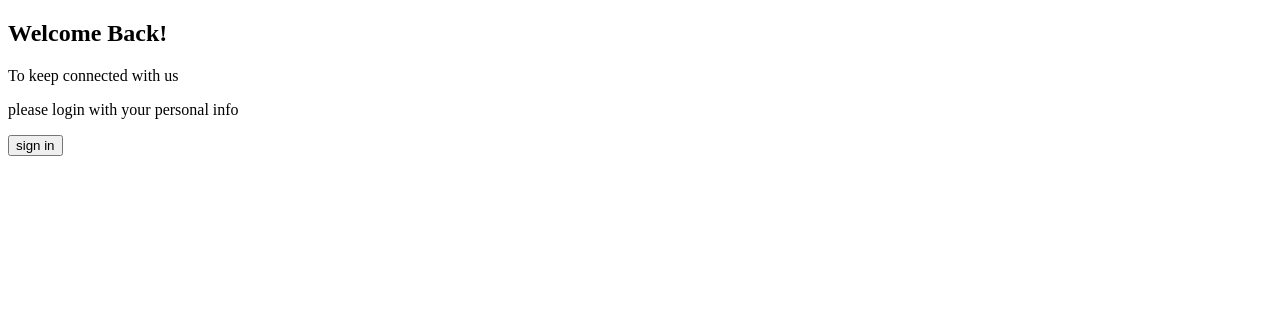
Repository: Gcodeco/ii9Telecom
Page: dist/public/login.html
The author's editor kept a copy of each file at every save. The page is drawn from the files as they stood at one save, then again after the next save.
The browser window is 1280 px wide. The pictures show the whole page.

Above is the page before, as saved 2024-10-29 18:34:45.

### dist/public/login.html
<!DOCTYPE html>
<html lang="en">
<head>
    <meta charset="UTF-8">
    <meta name="viewport" content="width=device-width, initial-scale=1.0">
    <title>Document</title>
</head>
<body>
    <div class="container-login">
        <div class="content first content">
            <div class="first column">
                <h2 class="title">Welcome Back!</h2>
                <p class="description">To keep connected with us</p>
                <p class="description">please login with your personal info</p>
                <button class="btn">sign in</button>
            </div>
            <div class="second column"></div>
        </div>
        <div class="content second content"></div>
    </div>
</body>
</html>

After the next save:
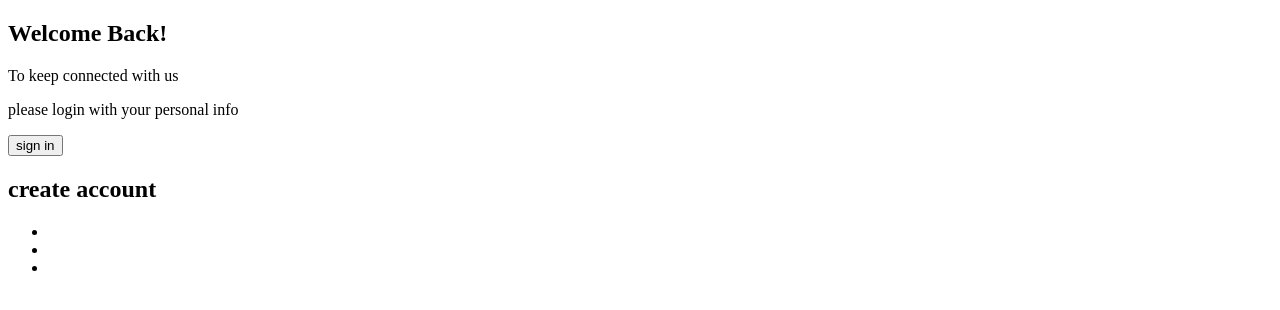
Saved 3 min 27 s later.
--- a/dist/public/login.html
+++ b/dist/public/login.html
@@ -15,6 +15,14 @@
                 <button class="btn">sign in</button>
             </div>
             <div class="second column"></div>
+            <h2 class="title">create account</h2>
+            <div class="social-media">
+                <ul>
+                    <li class="li"><a href="#"></a></li>
+                    <li class="li"><a href="#"></a></li>
+                    <li class="li"><a href="#"></a></li>
+                </ul>
+            </div>
         </div>
         <div class="content second content"></div>
     </div>
